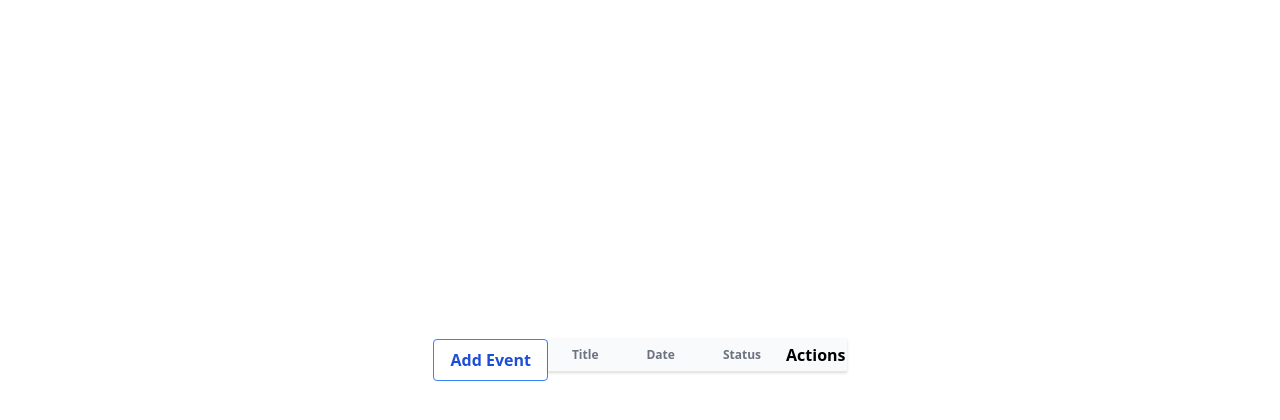
Repository: maikeru-desu/parking-lot
Page: / (app in parking-lot-fe/)
The author's editor kept a copy of each file at every save. The page is drawn from the files as they stood at one save, then again after the next save.
The browser window is 1280 px wide. The pictures show the whole page.
The page's requests for data from a server got no answer. The project was rebuilt for these pictures with package versions that can differ from the ones it lists, and the page was loaded fresh each time. No one was signed in, and anything a server would have sent is missing. Also part of the build but not shown: parking-lot-fe/craco.config.js, parking-lot-fe/src/pages/Add.js, parking-lot-fe/src/pages/Edit.js.

Above is the page before, as saved 2021-10-14 07:09:36.

After the next save:
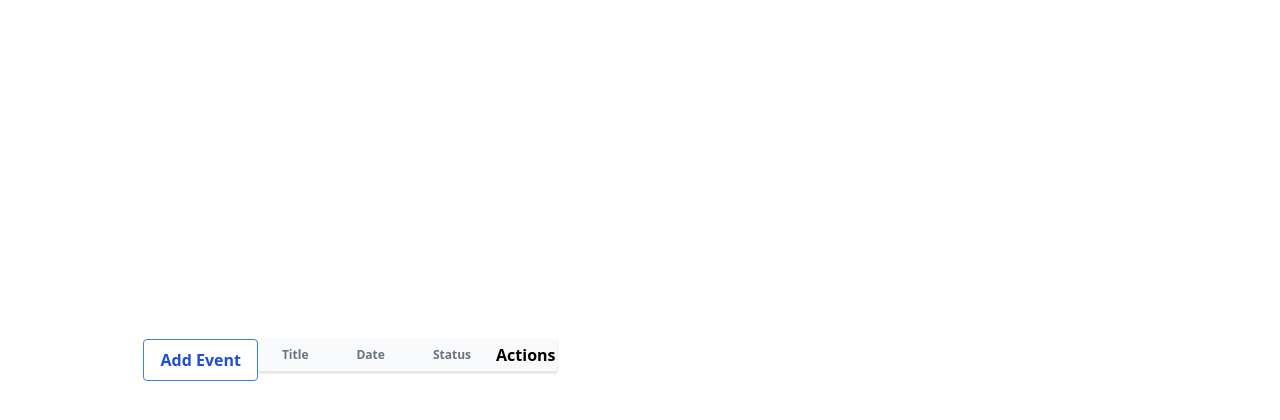
Saved 9 s later.
--- a/parking-lot-fe/src/form.css
+++ b/parking-lot-fe/src/form.css
@@ -6,6 +6,7 @@
   display: flex;
   justify-content: center;
   align-items: center;
+  max-width: 700px;
 }
 
 form {

After the 4 saves that followed:
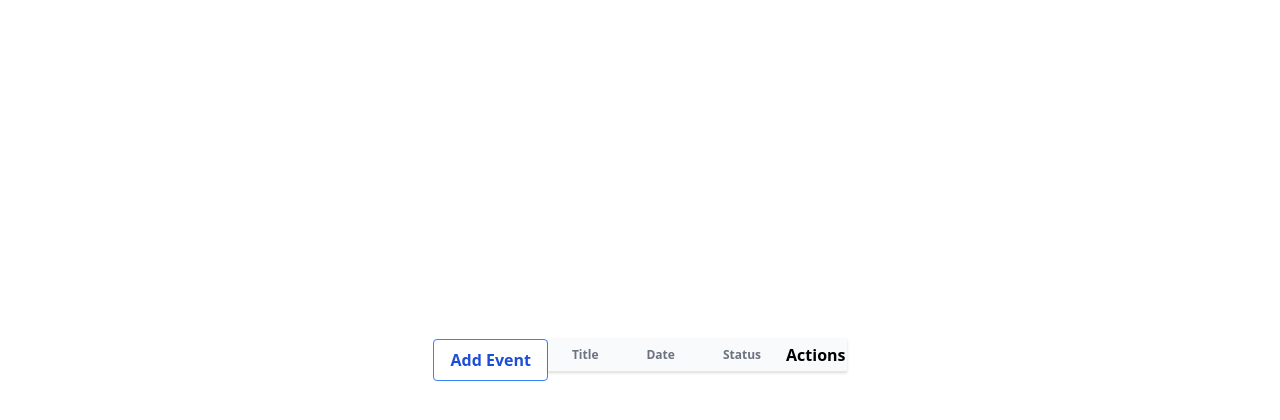
The 4 saves are shown as one change because 3 left the picture as it was.
The last was saved 2 min 32 s later.
--- a/parking-lot-fe/src/form.css
+++ b/parking-lot-fe/src/form.css
@@ -6,7 +6,6 @@
   display: flex;
   justify-content: center;
   align-items: center;
-  max-width: 700px;
 }
 
 form {
@@ -19,3 +18,8 @@
 button {
   width: 100%
 }
+
+#root {
+    width: 100%;
+    max-width: 600px;
+}
